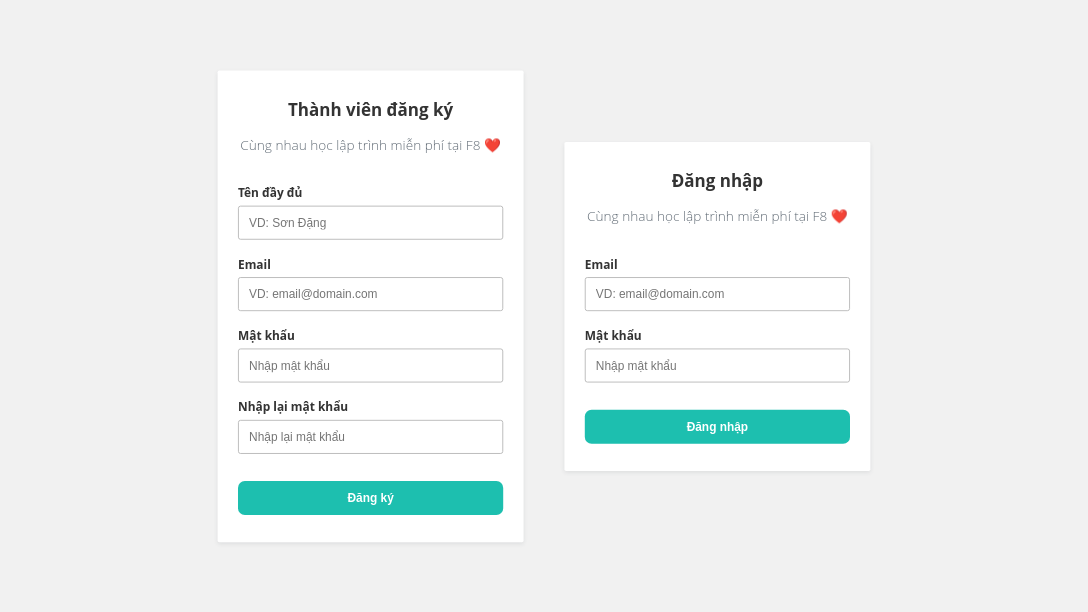
Repository: tuanginne02/formLogin
Page: main.html
The author's editor kept a copy of each file at every save. The page is drawn from the files as they stood at one save, then again after a run of saves.
The browser window is 1280 px wide. The pictures show the whole page, at 85% of full size.

Above is the page before, as saved 2023-03-16 17:02:03.

### main.html
<!DOCTYPE html>
<html lang="en">
<head>
    <meta charset="UTF-8">
    <meta http-equiv="X-UA-Compatible" content="IE=edge">
    <meta name="viewport" content="width=device-width, initial-scale=1.0">
    <title>Form Login</title>
    <link rel="stylesheet" href="main.css">
</head>
<body>
    <div class="main">

        <form action="" method="POST" class="form" id="form-1">
          <h3 class="heading">Thành viên đăng ký</h3>
          <p class="desc">Cùng nhau học lập trình miễn phí tại F8 ❤️</p>

          <div class="spacer"></div>

          <div class="form-group">
            <label for="fullname" class="form-label">Tên đầy đủ</label>
            <input id="fullname" name="fullname" type="text" placeholder="VD: Sơn Đặng" class="form-control">
            <span class="form-message"></span>
          </div>

          <div class="form-group">
            <label for="email" class="form-label">Email</label>
            <input id="email" name="email" type="text" placeholder="VD: email@domain.com" class="form-control">
            <span class="form-message"></span>
          </div>

          <div class="form-group">
            <label for="password" class="form-label">Mật khẩu</label>
            <input id="password" name="password" type="password" placeholder="Nhập mật khẩu" class="form-control"/>
            <span class="form-message"></span>
          </div>

          <div class="form-group">
            <label for="password_confirmation" class="form-label">Nhập lại mật khẩu</label>
            <input id="password_confirmation" name="password_confirmation" placeholder="Nhập lại mật khẩu" type="password" class="form-control">
            <span class="form-message"></span>
          </div>

          <button class="form-submit">Đăng ký</button>
        </form>

        <form action="" method="POST" class="form" id="form-2">
          <h3 class="heading">Đăng nhập</h3>
          <p class="desc">Cùng nhau học lập trình miễn phí tại F8 ❤️</p>

          <div class="spacer"></div>

          <div class="form-group">
            <label for="email" class="form-label">Email</label>
            <input id="email" name="email" type="text" placeholder="VD: email@domain.com" class="form-control">
            <span class="form-message"></span>
          </div>

          <div class="form-group">
            <label for="password" class="form-label">Mật khẩu</label>
            <input id="password" name="password" type="password" placeholder="Nhập mật khẩu" class="form-control">
            <span class="form-message"></span>
          </div>

          <button class="form-submit">Đăng nhập</button>
        </form>

      </div>

      <script>

        document.addEventListener('DOMContentLoaded', function () {
          // Mong muốn của chúng ta
          Validator({
            form: '#form-1',
            formGroupSelector: '.form-group',
            errorSelector: '.form-message',
            rules: [
              Validator.isRequired('#fullname', 'Vui lòng nhập tên đầy đủ của bạn'),
              Validator.isEmail('#email'),
              Validator.minLength('#password', 6),
              Validator.isRequired('#password_confirmation'),
              Validator.isConfirmed('#password_confirmation', function () {
                return document.querySelector('#form-1 #password').value;
              }, 'Mật khẩu nhập lại không chính xác')
            ],
            onSubmit: function (data) {
              // Call API
              console.log(data);
            }
          });


          Validator({
            form: '#form-2',
            formGroupSelector: '.form-group',
            errorSelector: '.form-message',
            rules: [
              Validator.isEmail('#email'),
              Validator.minLength('#password', 6),
            ],
            onSubmit: function (data) {
              // Call API
              console.log(data);
            }
          });
        });

      </script>
      <script src="main.js"></script>
</body>
</html>

### main.css
* {
    padding: 0;
    margin: 0;
    box-sizing: border-box;
}
html {
    color: #333;
    font-size: 62.5%;
    font-family: 'Open Sans', sans-serif;
}
.main {
    background: #f1f1f1;
    min-height: 100vh;
    display: flex;
    justify-content: center;
}
.form {
    width: 360px;
    min-height: 100px;
    padding: 32px 24px;
    text-align: center;
    background: #fff;
    border-radius: 2px;
    margin: 24px;
    align-self: center;
    box-shadow: 0 2px 5px 0 rgba(51,62,73,.1);
}
.form .heading {
    font-size: 2rem;
}
.form .desc {
    text-align: center;
    color: #636d77;
    font-size: 1.6rem;
    font-weight: lighter;
    line-height: 2.4rem;
    margin-top: 16px;
    font-weight: 300;
}

.form-group {
    display: flex;
    margin-bottom: 16px;
    flex-direction: column;
}

.form-label,
.form-message {
    text-align: left;
}

.form-label {
    font-weight: 700;
    padding-bottom: 6px;
    line-height: 1.8rem;
    font-size: 1.4rem;
}

.form-control {
    height: 40px;
    padding: 8px 12px;
    border: 1px solid #b3b3b3;
    border-radius: 3px;
    outline: none;
    font-size: 1.4rem;
}

.form-control:hover {
    border-color: #1dbfaf;
}

.form-group.invalid .form-control {
    border-color: #f33a58;
}

.form-group.invalid .form-message {
    color: #f33a58;
}

.form-message {
    font-size: 1.2rem;
    line-height: 1.6rem;
    padding: 4px 0 0;
}

.form-submit {
    outline: none;
    background-color: #1dbfaf;
    margin-top: 12px;
    padding: 12px 16px;
    font-weight: 600;
    color: #fff;
    border: none;
    width: 100%;
    font-size: 14px;
    border-radius: 8px;
    cursor: pointer;
}

.form-submit:hover {
    background-color: #1ac7b6;
}

.spacer {
    margin-top: 36px;
}

### main.js
// Đối tượng `Validator`
function Validator(options) {
    function getParent(element, selector) {
        while (element.parentElement) {
            if (element.parentElement.matches(selector)) {
                return element.parentElement;
            }
            element = element.parentElement;
        }
    }

    var selectorRules = {};

    // Hàm thực hiện validate
    function validate(inputElement, rule) {
        var errorElement = getParent(inputElement, options.formGroupSelector).querySelector(options.errorSelector);
        var errorMessage;

        // Lấy ra các rules của selector
        var rules = selectorRules[rule.selector];

        // Lặp qua từng rule & kiểm tra
        // Nếu có lỗi thì dừng việc kiểm
        for (var i = 0; i < rules.length; ++i) {
            switch (inputElement.type) {
                case 'radio':
                case 'checkbox':
                    errorMessage = rules[i](
                        formElement.querySelector(rule.selector + ':checked')
                    );
                    break;
                default:
                    errorMessage = rules[i](inputElement.value);
            }
            if (errorMessage) break;
        }

        if (errorMessage) {
            errorElement.innerText = errorMessage;
            getParent(inputElement, options.formGroupSelector).classList.add('invalid');
        } else {
            errorElement.innerText = '';
            getParent(inputElement, options.formGroupSelector).classList.remove('invalid');
        }

        return !errorMessage;
    }

    // Lấy element của form cần validate
    var formElement = document.querySelector(options.form);
    if (formElement) {
        // Khi submit form
        formElement.onsubmit = function (e) {
            e.preventDefault();

            var isFormValid = true;

            // Lặp qua từng rules và validate
            options.rules.forEach(function (rule) {
                var inputElement = formElement.querySelector(rule.selector);
                var isValid = validate(inputElement, rule);
                if (!isValid) {
                    isFormValid = false;
                }
            });

            if (isFormValid) {
                // Trường hợp submit với javascript
                if (typeof options.onSubmit === 'function') {
                    var enableInputs = formElement.querySelectorAll('[name]');
                    var formValues = Array.from(enableInputs).reduce(function (values, input) {

                        switch(input.type) {
                            case 'radio':
                                values[input.name] = formElement.querySelector('input[name="' + input.name + '"]:checked').value;
                                break;
                            case 'checkbox':
                                if (!input.matches(':checked')) {
                                    values[input.name] = '';
                                    return values;
                                }
                                if (!Array.isArray(values[input.name])) {
                                    values[input.name] = [];
                                }
                                values[input.name].push(input.value);
                                break;
                            case 'file':
                                values[input.name] = input.files;
                                break;
                            default:
                                values[input.name] = input.value;
                        }

                        return values;
                    }, {});
                    options.onSubmit(formValues);
                }
                // Trường hợp submit với hành vi mặc định
                else {
                    formElement.submit();
                }
            }
        }

        // Lặp qua mỗi rule và xử lý (lắng nghe sự kiện blur, input, ...)
        options.rules.forEach(function (rule) {

            // Lưu lại các rules cho mỗi input
            if (Array.isArray(selectorRules[rule.selector])) {
                selectorRules[rule.selector].push(rule.test);
            } else {
                selectorRules[rule.selector] = [rule.test];
            }

            var inputElements = formElement.querySelectorAll(rule.selector);

            Array.from(inputElements).forEach(function (inputElement) {
               // Xử lý trường hợp blur khỏi input
                inputElement.onblur = function () {
                    validate(inputElement, rule);
                }

                // Xử lý mỗi khi người dùng nhập vào input
                inputElement.oninput = function () {
                    var errorElement = getParent(inputElement, options.formGroupSelector).querySelector(options.errorSelector);
                    errorElement.innerText = '';
                    getParent(inputElement, options.formGroupSelector).classList.remove('invalid');
                }
            });
        });
    }

}



// Định nghĩa rules
// Nguyên tắc của các rules:
// 1. Khi có lỗi => Trả ra message lỗi
// 2. Khi hợp lệ => Không trả ra cái gì cả (undefined)
Validator.isRequired = function (selector, message) {
    return {
        selector: selector,
        test: function (value) {
            return value ? undefined :  message || 'Vui lòng nhập trường này'
        }
    };
}

Validator.isEmail = function (selector, message) {
    return {
        selector: selector,
        test: function (value) {
            var regex = /^\w+([\.-]?\w+)*@\w+([\.-]?\w+)*(\.\w{2,3})+$/;
            return regex.test(value) ? undefined :  message || 'Trường này phải là email';
        }
    };
}

Validator.minLength = function (selector, min, message) {
    return {
        selector: selector,
        test: function (value) {
            return value.length >= min ? undefined :  message || `Vui lòng nhập tối thiểu ${min} kí tự`;
        }
    };
}

Validator.isConfirmed = function (selector, getConfirmValue, message) {
    return {
        selector: selector,
        test: function (value) {
            return value === getConfirmValue() ? undefined : message || 'Giá trị nhập vào không chính xác';
        }
    }
}

After the next 4 saves:
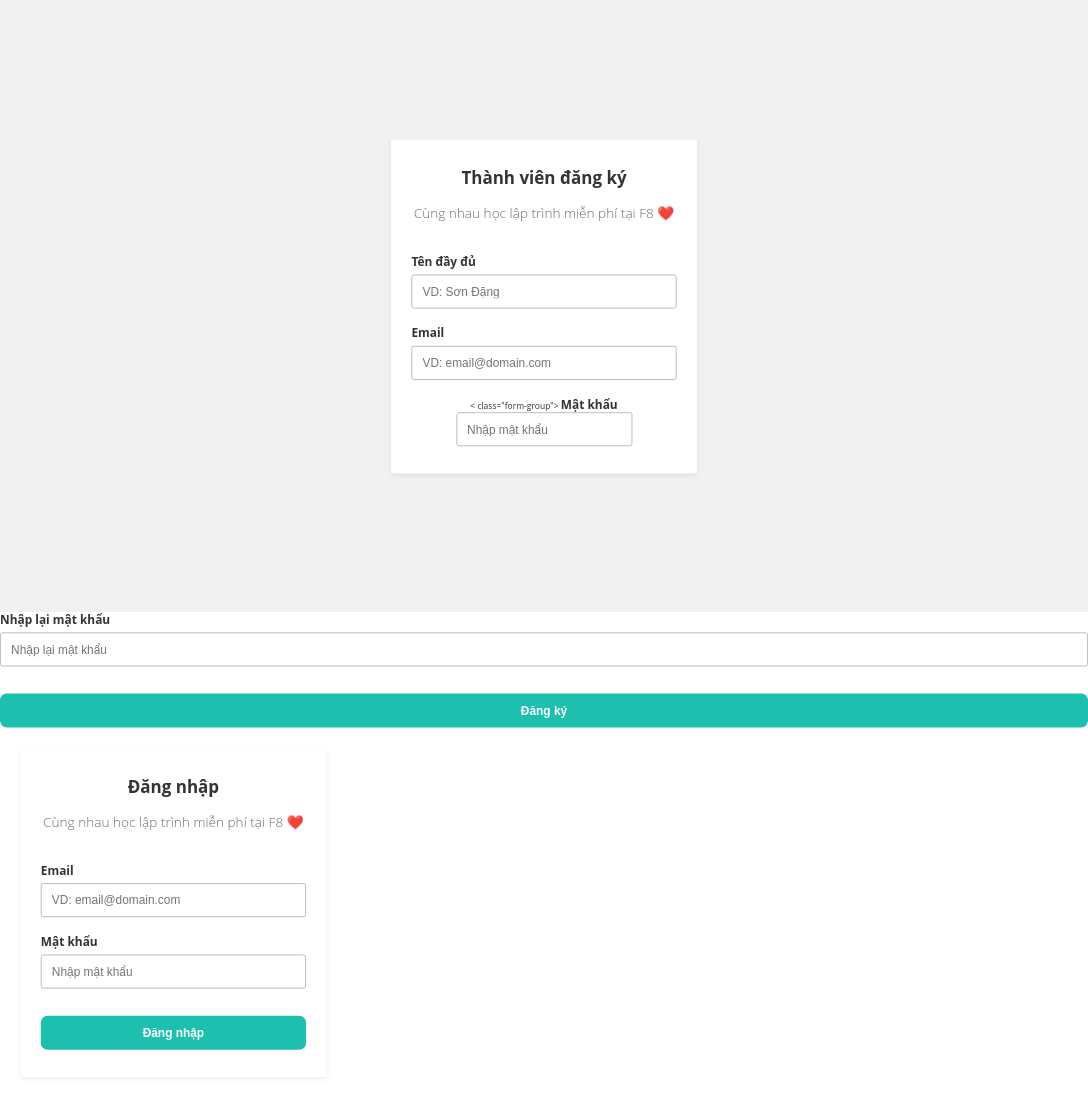
The 4 saves are shown as one change because they came seconds apart.
The last was saved 12 s later.
--- a/main.html
+++ b/main.html
@@ -28,9 +28,9 @@
             <span class="form-message"></span>
           </div>
 
-          <div class="form-group">
+          < class="form-group">
             <label for="password" class="form-label">Mật khẩu</label>
-            <input id="password" name="password" type="password" placeholder="Nhập mật khẩu" class="form-control"/>
+            <input id="password" name="password" type="password" placeholder="Nhập mật khẩu" class="form-control">
             <span class="form-message"></span>
           </div>
 
